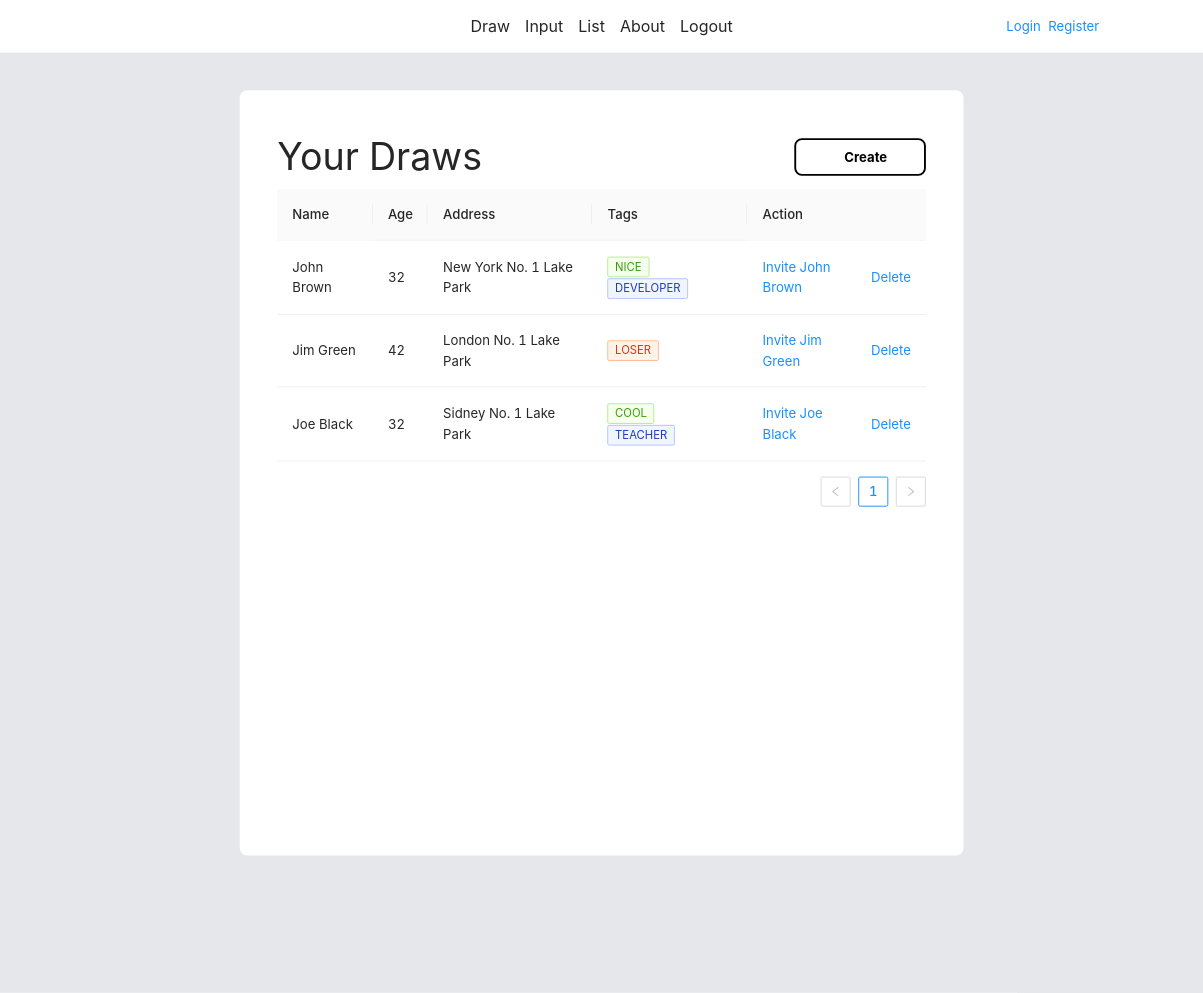
Repository: truongnguyenuit/DrawApp
Page: /draw/list (app in client/)
The author's editor kept a copy of each file at every save. The page is drawn from the files as they stood at one save, then again after the next save.
The browser window is 1280 px wide. The pictures show the whole page, at 94% of full size.
The page's requests for data from a server got no answer. The project was rebuilt for these pictures with package versions that can differ from the ones it lists, and the page was loaded fresh each time. The framework's server and built-in components were replaced by stand-ins that run in the browser. No one was signed in, and anything a server would have sent is missing. Also part of the build but not shown: client/next.config.js.

Above is the page before, as saved 2022-08-20 18:53:30.

### client/pages/_app.js
import '../styles/globals.css'
import 'antd/dist/antd.css'
import Layout from '../components/Layout'
import AuthContextProvider from '../contexts/authContext'
import DrawContextProvider from '../contexts/drawContext'

function MyApp({ Component, pageProps }) {
  return (
    <DrawContextProvider>
      <AuthContextProvider>
        <Layout>
          <Component {...pageProps} />
        </Layout>
      </AuthContextProvider>
    </DrawContextProvider>
  )
}

export default MyApp

### client/pages/draw/list.js
import React from 'react'
import { Table, Tag, Space } from "antd"

const columns = [
  {
    title: 'Name',
    dataIndex: 'name',
    key: 'name',

  },
  {
    title: 'Age',
    dataIndex: 'age',
    key: 'age',
  },
  {
    title: 'Address',
    dataIndex: 'address',
    key: 'address',
  },
  {
    title: 'Tags',
    key: 'tags',
    dataIndex: 'tags',
    render: (_, { tags }) => (
      <>
        {tags.map((tag) => {
          let color = tag.length > 5 ? 'geekblue' : 'green';

          if (tag === 'loser') {
            color = 'volcano';
          }

          return (
            <Tag color={color} key={tag}>
              {tag.toUpperCase()}
            </Tag>
          );
        })}
      </>
    ),
  },
  {
    title: 'Action',
    key: 'action',
    render: (_, record) => (
      <Space size="middle">
        <a>Invite {record.name}</a>
        <a>Delete</a>
      </Space>
    ),
  },
];
const data = [
  {
    key: '1',
    name: 'John Brown',
    age: 32,
    address: 'New York No. 1 Lake Park',
    tags: ['nice', 'developer'],
  },
  {
    key: '2',
    name: 'Jim Green',
    age: 42,
    address: 'London No. 1 Lake Park',
    tags: ['loser'],
  },
  {
    key: '3',
    name: 'Joe Black',
    age: 32,
    address: 'Sidney No. 1 Lake Park',
    tags: ['cool', 'teacher'],
  },
];



const list = () => {
  return (
    <div className='flex justify-center bg-gray-200 h-[1000px]'>
      <div className="bg-white w-[770px] h-[814px] mt-[40px] flex flex-col items-center gap-0.5  p-10 rounded-lg">
        <div className='flex justify-between items-center w-full'>
          <span className="text-[40px] font-normal">Your Draws</span>
          <button className='bg-white font-bold w-[140px] h-[40px] text-black rounded-[8px] border-2 border-black'>
            <i className="fa-solid fa-file mr-3"></i>
            Create
          </button>
        </div>
        <Table columns={columns} dataSource={data}/>
      </div>


    </div>
  )
}

export default list

### client/components/Layout.js
import Head from 'next/head'
import NavbarMenu from './NavbarMenu'

const Layout = ({ children }) => (

	<div>
		<Head>
			<meta charset='UTF-8' />
			<meta http-equiv='X-UA-Compatible' content='IE=edge' />
			<meta name='viewport' content='width=device-width, initial-scale=1.0' />
			<title>Draw App</title>
      <script src="https://kit.fontawesome.com/cd2089affa.js" crossorigin="anonymous"></script>
		</Head>

		<header>
			<NavbarMenu />
		</header>

		<main>{children}</main>
	</div>
)

export default Layout

### client/contexts/authContext.js
import { createContext, useReducer, useEffect } from "react";
import setAuthToken from "../untils/setAuthToken";
import axios from 'axios'

export const AuthContext = createContext()

const authReducer = (state, action) => {

  const { type, payload: { isAuthenticated, user} } = action

  switch (type) {
    case 'SET_AUTH':
    {
      return {
        ...state,
        authLoading: false,
        isAuthenticated: isAuthenticated,
        user: user
      }
    }
    default:
    {
      return state
    }
  }
}

const AuthContextProvider = ({ children }) => {

  const [authState, dispatch] = useReducer(authReducer, {
    authLoading: true,
    isAuthenticated: false,
    user: null
  })

  useEffect(() => {
    loadUser()
    console.log(authState.isAuthenticated)
  }, [authState.isAuthenticated])

  //Authentication
  const loadUser = async () => {

    if (localStorage['LocalStorageTokenName']) {
      setAuthToken(localStorage['LocalStorageTokenName'])
      try {
        const response = await axios.get(`http://localhost:5000/api/auth`)
        if (response.data.success) {

          dispatch({
            type: 'SET_AUTH',
            payload: { isAuthenticated: true, user: response.data.user }
          })
        }
      } catch (error) {
        localStorage.removeItem('LocalStorageTokenName')
        setAuthToken(null)
        dispatch({
          type: 'SET_AUTH',
          payload: { isAuthenticated: false, user: null }
        })
      }
    }
    else {
      dispatch({
        type: 'SET_AUTH',
        payload: { isAuthenticated: false, user: null }
      })
    }
  }

  // Login
  const loginUser = async userForm => {
    try {

      const response = await axios.post(`http://localhost:5000/api/auth/login`, userForm)
      if (response.data.success)
        localStorage.setItem('LocalStorageTokenName', response.data.accessToken)

      await loadUser()
      return response.data

    } catch (error) {
      if (error.response.data) return error.response.data
      else return { success: false, message: error.message }
    }
  }

  // Register
  const registerUser = async userForm => {
    try {

      const response = await axios.post(`http://localhost:5000/api/auth/register`, userForm)
      if (response.data.success)
        localStorage.setItem('LocalStorageTokenName', response.data.accessToken)

      await loadUser()
      return response.data

    } catch (error) {
      if (error.response.data) return error.response.data
      else return { success: false, message: error.message }
    }
  }

  // Context data
  const authContextData = { authState, loginUser, registerUser}

  // Return provider
  return (
    <AuthContext.Provider value={authContextData}>
      {children}
    </AuthContext.Provider>
  )
}
export default AuthContextProvider

### client/contexts/drawContext.js
import { createContext, useReducer, useEffect } from 'react'

import axios from 'axios'

export const DrawContext = createContext()

export const drawReducer = (state, action) => {

  const { type, payload } = action

  switch (type) {
    case 'POSTS_LOADED_SUCCESS':
      return {
        ...state,
        posts: payload,
        postsLoading: false,
      }
    case 'ADD_BLOG':
      return {
        ...state,
        posts: [...state.posts, payload]
      }
    case 'UPDATE_POST':
      const newPosts = state.posts.map(post =>
        post._id === payload._id ? payload : post
      )
      return {
        ...state,
        posts: newPosts
      }

    default:
      return state

  }
}

const DrawContextProvider = ({ children }) => {
  // State
  const [drawState, dispatch] = useReducer(drawReducer, {
    post: null,
    posts: [],
    postsLoading: true
  })

  useEffect(() => {
    getDraws()
  }, [drawState.postsLoading])


  // Get user posts
  const getDraws = async () => {
    try {
      const response = await axios.get(`http://localhost:5000/api/posts`)
      if (response.data.success) {

        dispatch({
          type: 'POSTS_LOADED_SUCCESS',
          payload: response.data.posts
        })
      }
    } catch (error) {
      dispatch({ type: 'POSTS_LOADED_FAIL' })
    }
  }

  // Add post
  const addDraw = async newBlog => {
    try {
      const response = await axios.post(`http://localhost:5000/api/posts`, newBlog)
      if (response.data.success) {
        dispatch({
          type: 'ADD_POST',
          payload: { post: response.data.post }
        })
        return response.data
      }
    } catch (error) {
      return error.response.data
        ? error.response.data
        : { success: false, message: 'Server error' }
    }
  }

  // Update post
  const updateDraw = async updatedPost => {
    try {
      const response = await axios.put(
        `http://localhost:5000/api/posts/${updatedPost._id}`,
        updatedPost
      )
      if (response.data.success) {
        dispatch({ type: 'UPDATE_POST', payload: response.data.post })
        return response.data.message
      }
    } catch (error) {
      return error.response.data
        ? error.response.data
        : { success: false, message: 'Server error' }
    }
  }

  // Post context data
  const drawContextData = {
    drawState,
    addDraw,
    getDraws,
    updateDraw,

  }

  return (
    <DrawContext.Provider value={drawContextData}>
      {children}
    </DrawContext.Provider>
  )
}

export default DrawContextProvider

### client/components/NavbarMenu.js

import Link from 'next/link'
import { Row, Col } from "antd"

const NavigateRouter = [
  {
    path: '/draw/draw',
    name: "Draw",
  },
  {
    path: '/draw/input',
    name: "Input",
  },
  {
    path: '/draw/list',
    name: "List"
  },
  {
    path: '',
    name: "About"
  },
  {
    path: '',
    name: "Logout",
  }
];

const NavbarMenu = () => {
  return (
    <div className="bg-white">
      <Row >

        <Col span={6} className="h-14">
          <div className="flex justify-center items-center text-[20px] gap-2 h-14">
            <i className="fa-brands fa-facebook-square cursor-pointer"></i>
            <i className="fa-brands fa-twitter-square cursor-pointer"></i>
            <i className="fa-brands fa-instagram-square cursor-pointer"></i>
            <i className="fa-brands fa-pinterest-square cursor-pointer"></i>

          </div>
        </Col>

        <Col span={12} className="h-14">
          <nav>
            <ul className="flex justify-center items-center text-[17px] gap-4 h-14">
              {NavigateRouter.map((item, index) => {
                return (
                  <li key={index}>
                    <Link href={item.path} passHref>
                      <span className='cursor-pointer'>
                        {item.name}
                      </span>
                    </Link>
                  </li>
                );

              })}
            </ul>
          </nav>
        </Col>

        <Col span={6} className="h-14">
          <div className="flex justify-center items-center gap-2 h-14">
            <Link href={"/auth/login"}>
              Login
            </Link>
            <Link href={'/auth/register'}>
              Register
            </Link>
          </div>
        </Col>

      </Row>
    </div>
  )
}

export default NavbarMenu

### client/untils/setAuthToken.js
import axios from "axios";

const setAuthToken = token => {
  if (token) {
    axios.defaults.headers.common['Authorization'] = `Bearer ${token}`
  } else {
    delete axios.defaults.headers.common['Authorization']
  }
}

export default setAuthToken

Loaded but not shown: client/styles/globals.css (common file); client/tailwind.config.js (common file)

After the next save:
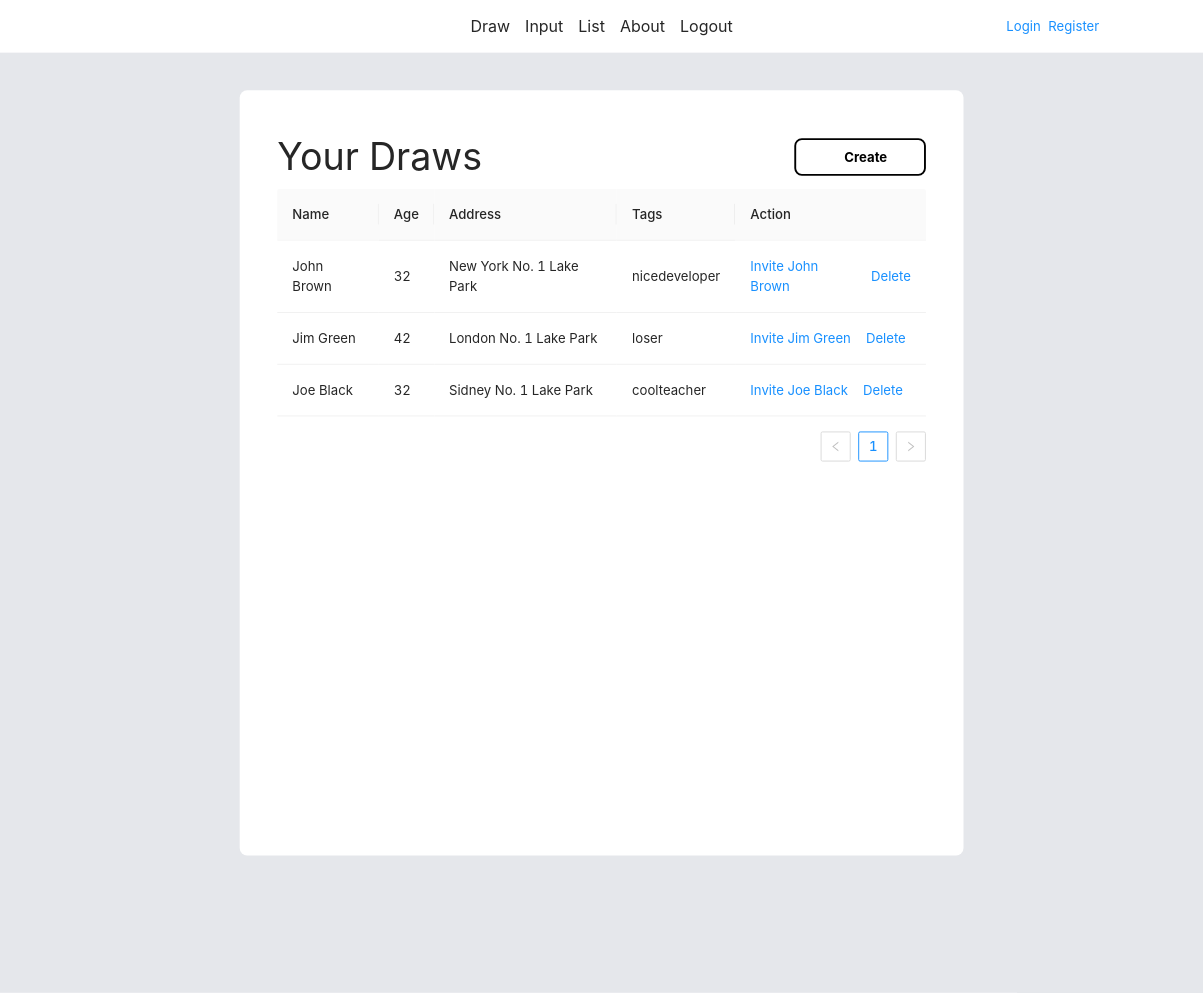
Saved 8 s later.
--- a/client/pages/draw/list.js
+++ b/client/pages/draw/list.js
@@ -22,23 +22,7 @@ const columns = [
     title: 'Tags',
     key: 'tags',
     dataIndex: 'tags',
-    render: (_, { tags }) => (
-      <>
-        {tags.map((tag) => {
-          let color = tag.length > 5 ? 'geekblue' : 'green';
 
-          if (tag === 'loser') {
-            color = 'volcano';
-          }
-
-          return (
-            <Tag color={color} key={tag}>
-              {tag.toUpperCase()}
-            </Tag>
-          );
-        })}
-      </>
-    ),
   },
   {
     title: 'Action',
